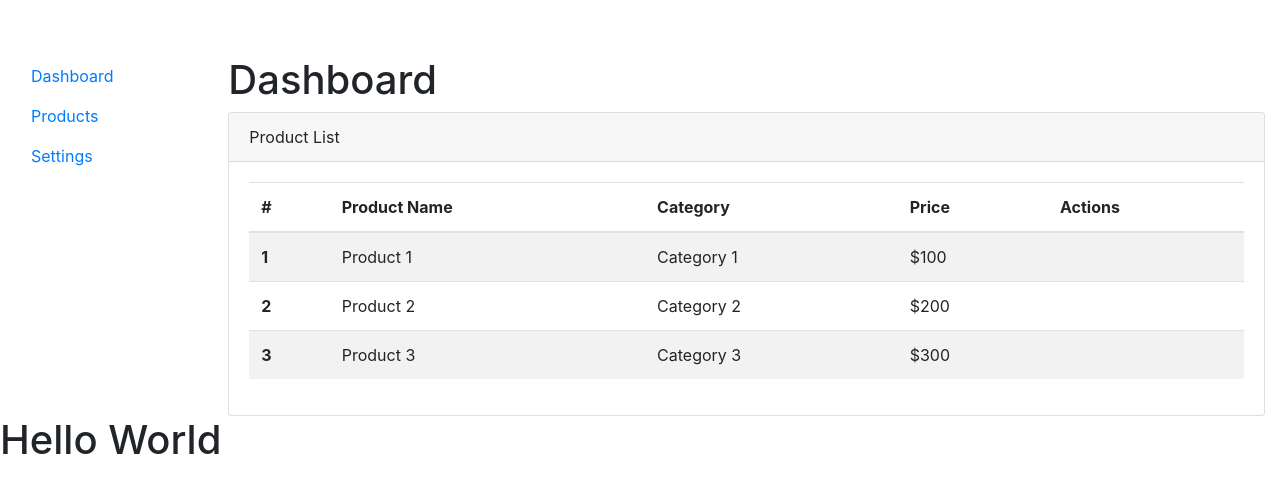
Repository: rajendratamang/laravel-10-youtube
Page: / (app in vue js/todo/)
The author's editor kept a copy of each file at every save. The page is drawn from the files as they stood at one save, then again after the next save.
The browser window is 1280 px wide. The pictures show the whole page.
The project was rebuilt for these pictures with package versions that can differ from the ones it lists, and the page was loaded fresh each time. Also part of the build but not shown: vue js/todo/vite.config.js, vue js/todo/src/assets/main.css.

Above is the page before, as saved 2024-07-19 11:09:18.

After the next save:
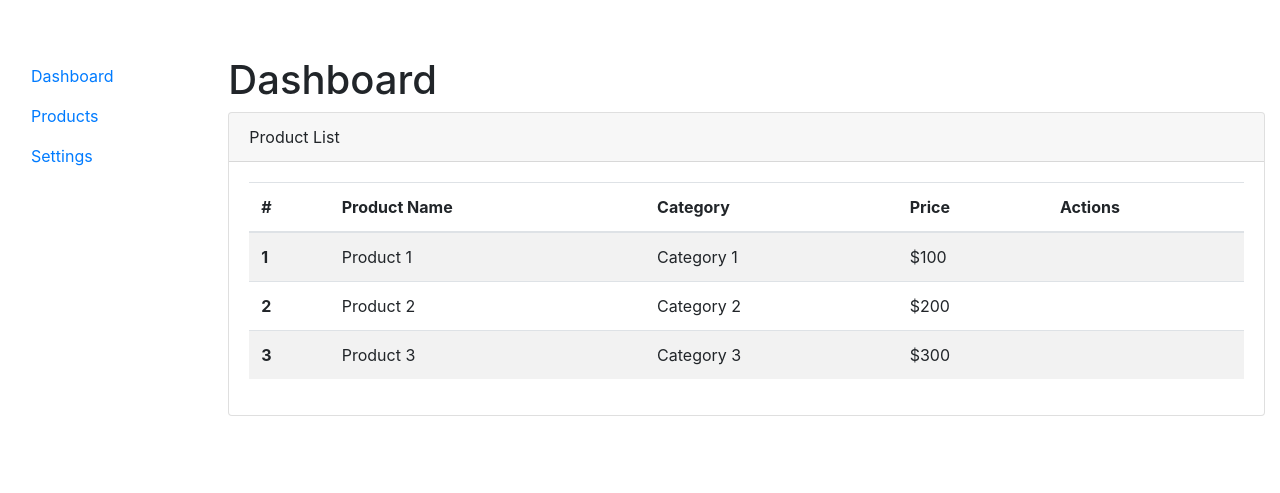
Saved 17 s later.
--- a/vue js/todo/src/App.vue
+++ b/vue js/todo/src/App.vue
@@ -7,8 +7,6 @@ import TaskPage from './pages/TasksPage.vue';
 <template>
   <Navbar/>
   <TaskPage/>
-
- <h1>Hello World</h1>
 </template>
 
 <style scoped>
